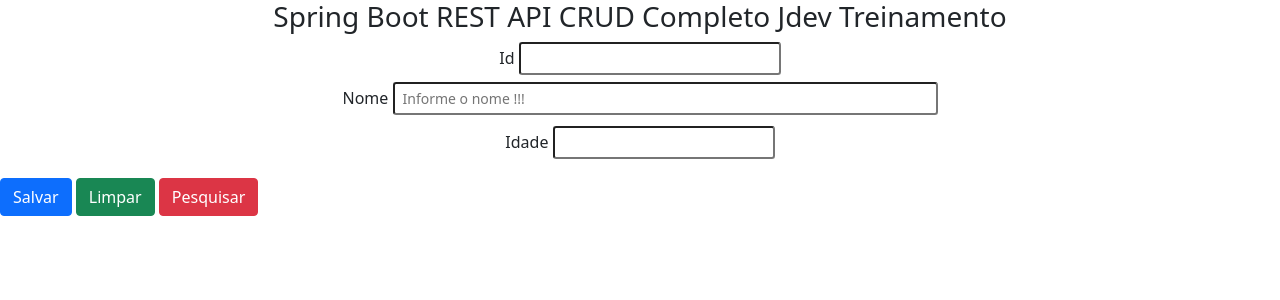
Repository: isaquelimaof/REST-API-SpringBoot
Page: springboot-rest-api-sample/src/main/resources/static/index.html
The author's editor kept a copy of each file at every save. The page is drawn from the files as they stood at one save, then again after the next save.
The browser window is 1280 px wide. The pictures show the whole page.

Above is the page before, as saved 2022-05-05 18:07:08.

### springboot-rest-api-sample/src/main/resources/static/index.html
<!DOCTYPE html>
<html lang="pt-br">
<head>
<meta charset="utf-8">
<meta name="viewport" content="width=device-width, initial-scale=1">
<link rel="stylesheet" type="text/css" href="css.css" media="screen" />
<!-- Bootstrap CSS -->
<link
	href="https://cdn.jsdelivr.net/npm/bootstrap@5.1.3/dist/css/bootstrap.min.css"
	rel="stylesheet"
	integrity="sha384-1BmE4kWBq78iYhFldvKuhfTAU6auU8tT94WrHftjDbrCEXSU1oBoqyl2QvZ6jIW3"
	crossorigin="anonymous">
<title>API REST FULL</title>
</head>
<body>
	<h3>Spring Boot REST API CRUD Completo Jdev Treinamento</h3>

	<form action="" id="formCadastroUser">

		<div class="mb-1">
			<label for="id" class="form-label">Id</label> <input type="text"
				class="form-control-sm" id="id" size="25px" readonly="readonly">
		</div>
		<div class="mb-2">
			<label for="nome" class="form-label">Nome</label> <input type="text"
				id="nome" class="form-control-sm" size="60px"
				placeholder="Informe o nome !!!">
		</div>
		<div class="mb-3">
			<label for="idade" class="form-label">Idade</label> <input
				type="number" class="form-control-sm" id="idade">
		</div>
	</form>

	<button type="button" class="btn btn-primary" onclick="salvarUsuario()">Salvar</button>
	<button type="button" class="btn btn-success"
		onclick="document.getElementById('formCadastroUser').reset()">Limpar</button>
	<button type="button" class="btn btn-danger" data-bs-toggle="modal"
		data-bs-target="#modalPesquisarUser" data-bs-whatever="@getbootstrap">Pesquisar</button>

	<div class="modal fade" id="modalPesquisarUser" tabindex="-1"
		aria-labelledby="exampleModalLabel" aria-hidden="true">
		<div class="modal-dialog">
			<div class="modal-content">
				<div class="modal-header">
					<h5 class="modal-title" id="exampleModalLabel">Pesquisar
						Usuário</h5>
					<button type="button" class="btn-close" data-bs-dismiss="modal"
						aria-label="Close"></button>
				</div>
				<div class="modal-body">
					<form>
						<div class="mb-3">
							<label for="nameBusca" class="col-form-label">Nome:</label>
							<input type="text" class="form-control" id="nameBusca">
						</div>

						<button type="button" class="btn btn-success">Pesquisar !</button>
						<!-- <div class="mb-3">
							<label for="message-text" class="col-form-label">Message:</label>
							<textarea class="form-control" id="message-text"></textarea>
						</div>  -->

					</form>

					<table class="table">
						<thead>
							<tr>
								<th scope="col">ID</th>
								<th scope="col">Nome</th>
								<th scope="col">Editar</th>
							</tr>
						</thead>
						<tbody>
							<tr>
								<th scope="row">1</th>
								<td>Mark</td>
								<td>Otto</td>
								<td>@mdo</td>
							</tr>
							<tr>
								<th scope="row">2</th>
								<td>Jacob</td>
								<td>Thornton</td>
								<td>@fat</td>
							</tr>

						</tbody>
					</table>

				</div>

				<!-- <div class="modal-footer">
						<button type="button" class="btn btn-primary">Send message</button>-->
				<button type="button" class="btn btn-danger" data-bs-dismiss="modal">Sair
					!</button>

			</div>
		</div>
	</div>
	</div>


	<script src="https://code.jquery.com/jquery-3.6.0.min.js"
		integrity="sha256-/xUj+3OJU5yExlq6GSYGSHk7tPXikynS7ogEvDej/m4="
		crossorigin="anonymous"></script>

	<!-- Option 1: Bootstrap Bundle with Popper -->
	<script
		src="https://cdn.jsdelivr.net/npm/bootstrap@5.1.3/dist/js/bootstrap.bundle.min.js"
		integrity="sha384-ka7Sk0Gln4gmtz2MlQnikT1wXgYsOg+OMhuP+IlRH9sENBO0LRn5q+8nbTov4+1p"
		crossorigin="anonymous"></script>


	<script type="text/javascript">
		function salvarUsuario() {
			//busca valores no campo
			var id = $("#id").val();
			var nome = $("#nome").val();
			var idade = $("#idade").val();

			//Trabalhando com Ajax - Sempre vai ser usado esse modelo para se comunicar com a API
			$.ajax({
				method : "POST",
				url : "salvar",
				data : JSON.stringify({
					id : id,
					nome : nome,
					idade : idade
				}),
				contentType : "application/json; charset=utf-8",
				success : function(response) {
					$("#id").val(response.id);
					alert("Salvo com Sucesso!");
				}
			}).fail(function(xhr, status, errorThrown) {
				alert("Erro ao salvar usuario !: " + xhr.responseText);
			});

		}
	</script>

</body>
</html>

### springboot-rest-api-sample/src/main/resources/static/css.css
@charset "utf-8";

h3 {
	text-align: center;

}
.mb-1{
	text-align: center;
}
.mb-2{
	text-align: center;
}
.mb-3{
	text-align: center;
}

div {
	text-align: center;
}

After the next save:
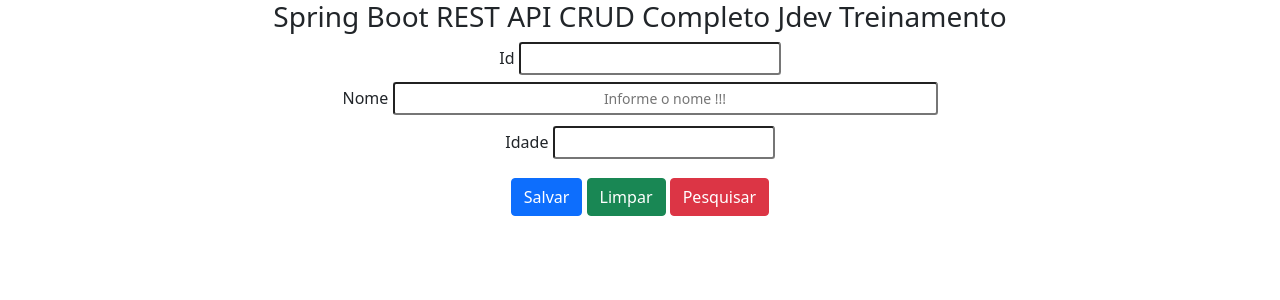
Saved 10 s later.
--- a/springboot-rest-api-sample/src/main/resources/static/css.css
+++ b/springboot-rest-api-sample/src/main/resources/static/css.css
@@ -14,6 +14,6 @@
 	text-align: center;
 }
 
-div {
+* {
 	text-align: center;
 }
